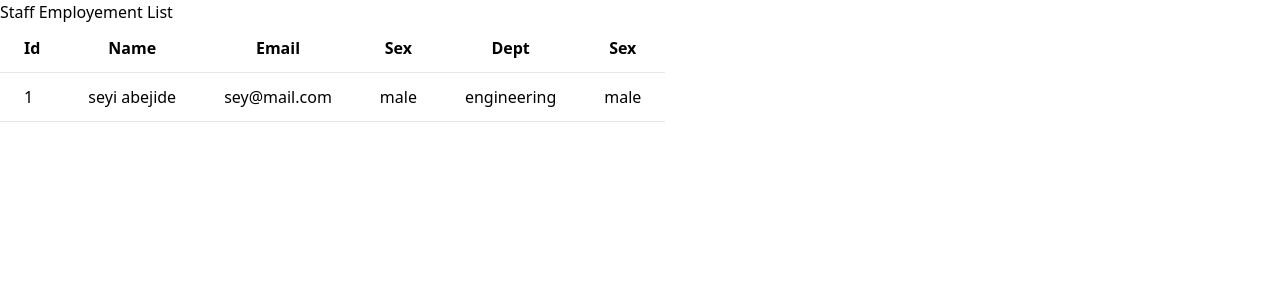
Repository: Semanmernstack/crud
Page: /
The author's editor kept a copy of each file at every save. The page is drawn from the files as they stood at one save, then again after the next save.
The browser window is 1280 px wide. The pictures show the whole page.
The project was rebuilt for these pictures with package versions that can differ from the ones it lists, and the page was loaded fresh each time. Also part of the build but not shown: src/Details.js, src/Create.js, src/Edit.js.

Above is the page before, as saved 2022-12-23 03:31:15.

After the next save:
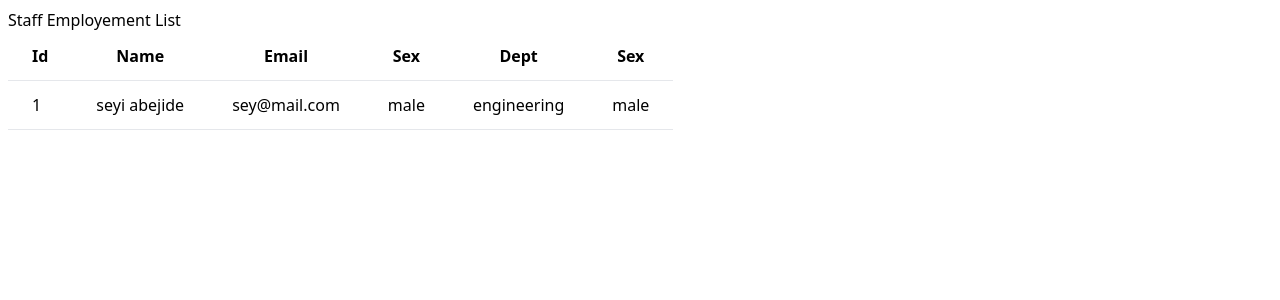
Saved 11 s later.
--- a/src/List.js
+++ b/src/List.js
@@ -2,12 +2,12 @@ import React from 'react'
 
 function List() {
   return (
-    <div className="overflow-x-auto max-w-6xl items-center md:max-w-7xl lg:max-w-9xl mx-auto  ">
+    <div className="overflow-x-auto max-w-6xl p-2 items-center md:max-w-7xl lg:max-w-9xl mx-auto  ">
 
         <p>Staff Employement List</p>
 
 
-        <table className=" w-full border-1 p-2  " >
+        <table className=" w-full border-1   " >
             <div className="">
             <thead>
                 <tr className="border-b">
